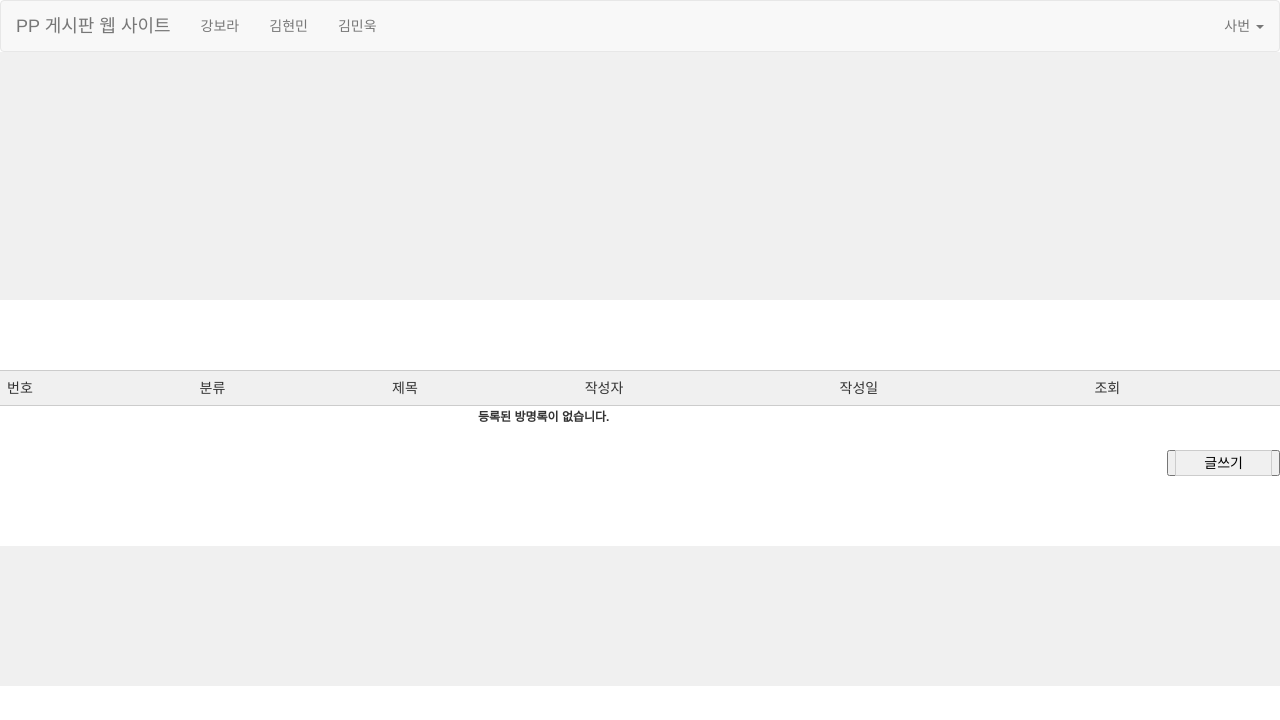
Repository: hyunminini/CommunityPage
Page: http://localhost/PP_Project/empMain.jsp
The author's editor kept a copy of each file at every save. The page is drawn from the files as they stood at one save, then again after the next save.
The browser window is 1280 px wide. The pictures show the whole page.
Some web libraries are served in a nearby version. The page is served by Tomcat 9. Other server files are loaded and not shown. The template is opened directly, without the code that normally fills it, so the values that code supplies are empty.

Above is the page before, as saved 2022-09-28 09:12:40.

### PP_Project/WebContent/empMain.jsp
<%@ page language="java" contentType="text/html; charset=utf-8" pageEncoding="utf-8"%>
<%@ taglib prefix="c" uri="http://java.sun.com/jsp/jstl/core" %>
<%@ taglib prefix="fn" uri="http://java.sun.com/jsp/jstl/functions" %>

<!DOCTYPE html>
<html>
<head>
<meta http-equiv="Content-Type" content="text/html; charset=utf-8">
<meta name="viewport" content="width=device-width" initial-scal="1">
<link rel="stylesheet" href="css/bootstrap.css">
<link rel="stylesheet" href="css/layout.css">
<link rel="stylesheet" href="css/board-list.css">
<title>Main.jsp</title>


</head>
<body>

<!-- 네비게이션 -->
<nav class="navbar navbar-default">
		<!-- 네비게이션 상단 Header  -->
		<div class="navnar-header">
			<button
				type="button"
				class="navbar-toggle collapese"
				data-toggle="collapse"
				data-target="#bs-example-navbar-collapse-1"
				aria-expanded="false">

				<span class="icon-bar"></span>
				<span class="icon-bar"></span>
				<span class="icon-bar"></span>
			</button>
			<a class="navbar-brand" href="main.jsp">
				PP 게시판 웹 사이트
			</a>
		</div>

		<!-- 메뉴 영역 깃허브 링크 이동 -->
		<div class="collapse navbar-collapse" id="bs-example-navbar-collapse-1">
			<ul class="nav navbar-nav">
				<li><a href="#">강보라</a></li>
				<li><a href="#">김현민</a></li>
				<li><a href="#">김민욱</a></li>
			</ul>

			<!-- 메뉴 드랍다운 영역 -->
			<ul class="nav navbar-nav navbar-right">
				<li class="dropdown">
					<a href="#"
						class="dropdown-toggle"
						data-toggle="dropdown"
						role="button"
						aria-haspopup="true"
						aria-expanded="false"
					>
						사번  ${sessionScope.empno}

					<span class="caret"></span>
					</a>

				<!-- 드랍다운 아이템 영역 -->
				<ul class="dropdown-menu">
					<li class="active">
						<a href="logoutAction.jsp">로그아웃</a>
					</li>
				</ul>
			</li>
		</ul>
	</div>
</nav>

	<!-- 메인 이미지 -->
<div class="mainImg"></div>




<table align="center" border="0" cellpadding="5" cellspacing="2" width="100%" bordercolordark="white" bordercolorlight="black">

	<tr class="list-title">
        <td>
        	<p>번호</p>
        </td>
        <td>
			<p>분류</p>
        </td>
        <td>
			<p>제목</p>
        </td>
        <td>
			<p>작성자</p>
        </td>
        <td>
			<p>작성일</p>
        </td>
        <td>
			<p>조회</p>
        </td>
    </tr>

 	<c:if test="${empty Main || fn:length(Main) == 0}">
		<tr>
	        <td colspan="5">
	            <p align="center"><b><span style="font-size:9pt;">등록된 방명록이 없습니다.</span></b></p>
	        </td>
	    </tr>
	</c:if>
		<c:forEach items="${requestScope.admin_entity}" var="data">

				    <tr class="board-list">
				        <td>
				            <p>공지사항</p>
				        </td>
				        <td>
				            <p>${data.category}</p>
				        </td>

			     		<td >
				            <p>
				           		<a href="ppProject.do?command=read&board_cnum=${data.board_cnum}"> <strong>${data.title}</strong></a>
				            </p>
				        </td>

				       <td>
				            <p>${data.ename}</p>
				        </td>
				        <td >
				            <p>${data.write_date}</p>
				        </td>
				        <td>
				            <p>${data.readnum}</p>
				        </td>
				    </tr>

			</c:forEach>
	<%-- ArrayList에  BoardDTO 객체를 하나하나 data라는 반복 대입해서 사용 --%>
	<c:forEach items="${requestScope.Main}" var="data">
		    <tr class="board-list">
		        <td>
		            <p>${data.board_cnum}</p>
		        </td>

		        <td>
		            <p>${data.category}</p>
		        </td>

	     		<td >
		            <p>
		           		<a href="board.do?command=read&board_cnum=${data.board_cnum}">${data.title}</a>
		            </p>
		        </td>

		       <td>
		            <p>${data.ename}</p>
		        </td>
		        <td >
		            <p>${data.write_date}</p>
		        </td>
		        <td>
		            <p>${data.readnum}</p>
		        </td>
		    </tr>
	</c:forEach>


</table>
<div class="add-wrap">
	<form action="board.do" method="post">

	<button type="submit"><a href="board.do?command=write&empno=${empno}">글쓰기</a></button>


	<input type="hidden" name="empno" value="${empno}"></input>

	</form>
</div>

<footer>
	<div class="max-wrap">

	</div>
</footer>

<script src="https://code.jquery.com/jquery-3.1.1.min.js"></script>
<script src="js/bootstrap.js"></script>

</body>
</html>

### PP_Project/WebContent/css/layout.css
@charset "UTF-8";

	.navbar {
		margin: 0;
	}
	.mainImg {
		background: #f0f0f0;
		width: 100%;
		height: 248px;
	}

	footer {
		width:100%;
		height: 10em;
		margin: 0 auto;
		background: #f0f0f0;
		margin-top: 5em;
	}

### PP_Project/WebContent/css/board-list.css
@charset "UTF-8";

table {
	margin-top: 5em;
}

.list-title {
}

.list-title td {
	background: #f0f0f0;
	border-top: 1px solid #ccc;
	border-bottom: 1px solid #ccc;
}

.list-title p {
	margin: 0;
	padding: 0.5em;
}

.board-list td {
	border-bottom: 1px solid #ccc;
}

.board-list p {
	margin: 0;
	padding: 0.5em;
}

.board-list p a {
	color: #000;
}

.add-wrap a {
	padding: 0.3em 2em 0.3em 2em;
	background: #f0f0f0;
	border: 1px solid #ccc;
	color: #000;
}

.add-wrap {
	margin-top: 1em;
	text-align:right;
}

Loaded but not shown: PP_Project/WebContent/css/bootstrap.css (library); PP_Project/WebContent/js/bootstrap.js (library)

After the next save:
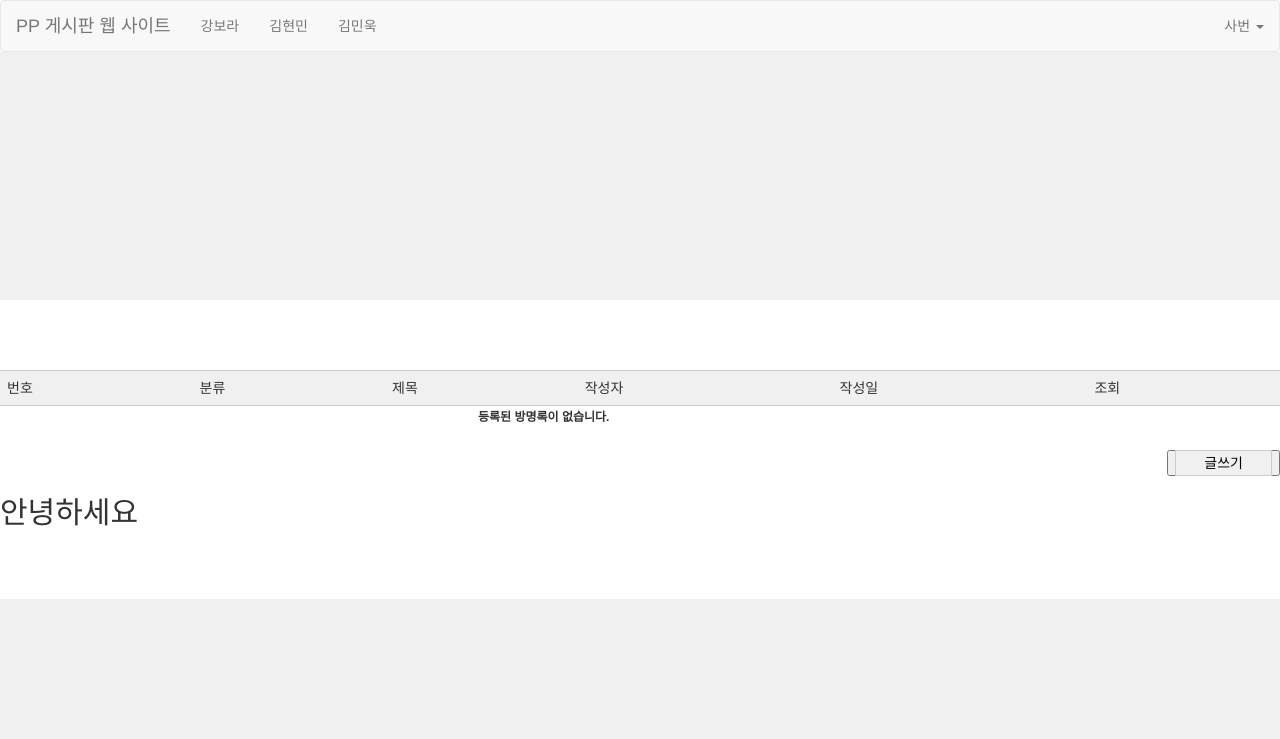
Saved 22 s later.
--- a/PP_Project/WebContent/empMain.jsp
+++ b/PP_Project/WebContent/empMain.jsp
@@ -175,7 +175,7 @@
 
 	</form>
 </div>
-
+<div><h2>안녕하세요</h2></div>
 <footer>
 	<div class="max-wrap">
 
